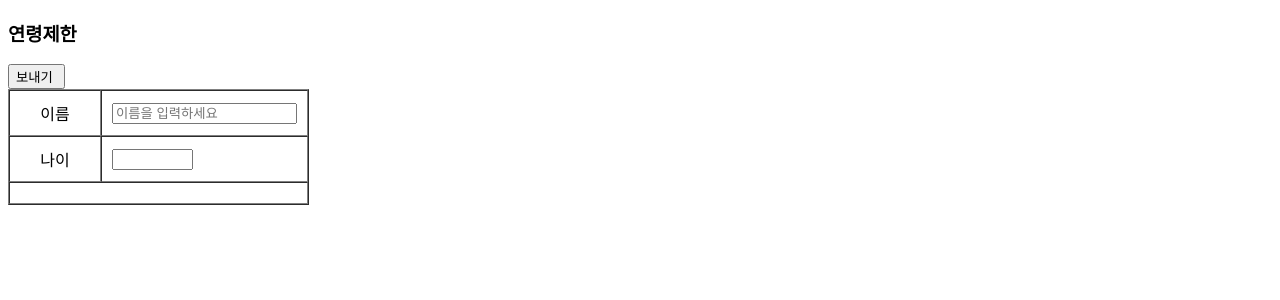
Repository: jihyunah/Java_EE
Page: workspace/testServlet/src/main/webapp/param.html
These files come from the project's save history. The page is drawn as it stood at one moment and after the next save; the edit follows.
The browser window is 1280 px wide. The pictures show the whole page.

Above is the page before, as saved 2023-02-22 06:28:58.

### workspace/testServlet/src/main/webapp/param.html
<!DOCTYPE html>
<html>
<head>
<meta charset="UTF-8">
<title>Insert title here</title>
</head>
<body>
<form name="" method="post" action="https://www.naver.com">
	<h3>연령제한</h3>

<table border="1" cellpadding="10" cellspacing="0">
	<tr>
		<td width="70" align="center">이름 </td>
		<td><input type="text" name="name" placeholder="이름을 입력하세요 "></td>
	</tr>

	<tr>
		<td align="center">나이 </td>
		<td><input type="text" name="age" size="7" maxlength="3"></td>
	</tr>

	<tr>
		<td colspan="2" align="center"></td>
			<input type="submit" value="보내기 ">
	</tr>

	</table>
</form>
</body>
</html>

After the next save:
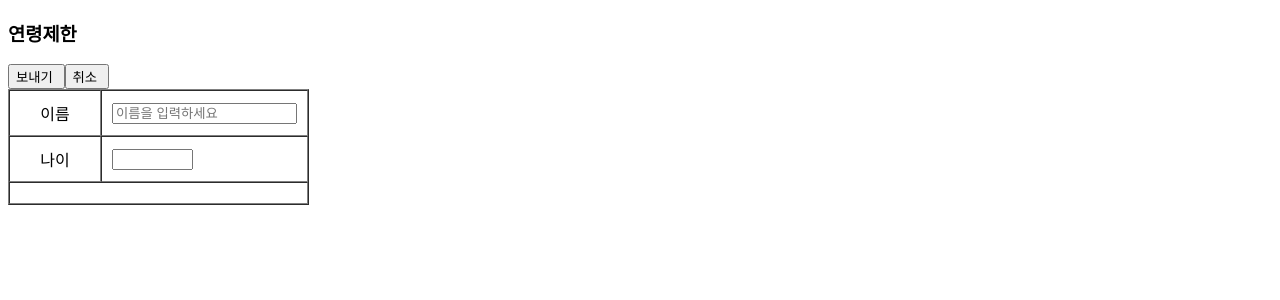
Saved 112 s later.
--- a/workspace/testServlet/src/main/webapp/param.html
+++ b/workspace/testServlet/src/main/webapp/param.html
@@ -22,6 +22,7 @@
 	<tr>
 		<td colspan="2" align="center"></td>
 			<input type="submit" value="보내기 ">
+			<input type="reset" value="취소 ">
 	</tr>
 
 	</table>
